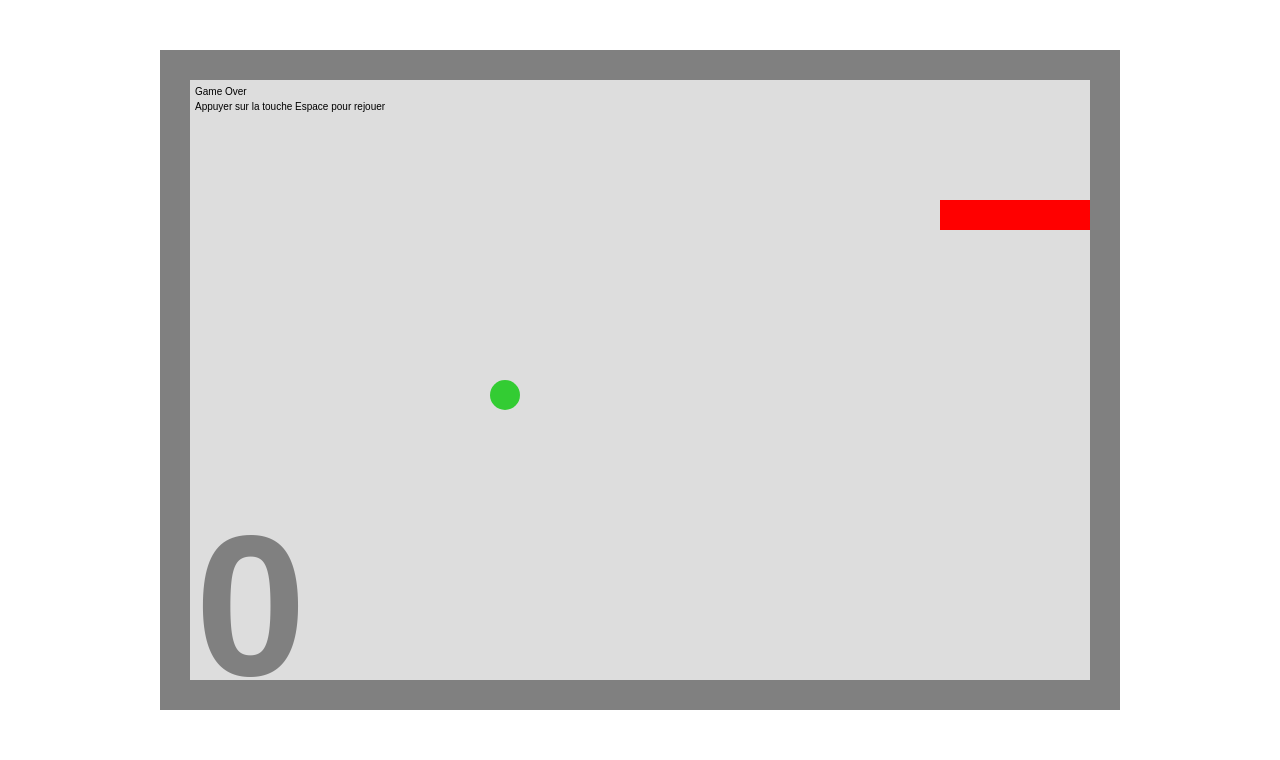
Repository: 0Memo/serpent
Page: index.html
An editor plug-in stored every save of this project. The page is shown before and after the next save, followed by the edit.
The browser window is 1280 px wide. The pictures show the whole page.

Above is the page before, as saved 2020-12-16 22:12:54.

### index.html
<!DOCTYPE html>
<html lang="es">
    <head>
        <meta charset="UTF-8">
        <meta name="viewport" content="width=device-width, initial-scale=1.0">
        <title>Juego de la serpiente></title>
    </head>
    <body>

        <script src="js/script.js"></script>
    </body>
</html>

### js/script.js
window.onload = function(){
    var canvasWidth = 900;
    var canvasHeight = 600;
    var blockSize = 30;
    var ctx;
    var delay = 100;
    var snakey;
    var appley;
    var widthInBlocks = canvasWidth / blockSize;
    var heightInBlocks = canvasHeight / blockSize;
    var score;

    init();

    function init(){
        var canvas = document.createElement('canvas');
        canvas.width = canvasWidth;
        canvas.height = canvasHeight;
        canvas.style.border = "30px solid gray";
        canvas.style.margin = "50px auto";
        canvas.style.display = "block";
        canvas.style.backgroundColor = "#ddd";
        document.body.appendChild(canvas);
        ctx = canvas.getContext('2d');
        snakey = new snake([[6,4], [5,4], [4,4], [3,4], [2, 4]], "right");
        appley = new apple([10, 10]);
        score = 0;
        refreshCanvas();

    }

    function refreshCanvas(){
        snakey.advance();
        if(snakey.checkCollision())
        {
            gameOver();
        } else {
            if(snakey.isEatingApple(appley))
            {
                score++;
                snakey.ateApple = true;
                do
                {
                    appley.setNewPosition();
                }
                while(appley.isOnSnake(snakey));
            }
            ctx.clearRect(0, 0, canvasWidth, canvasHeight);
            snakey.draw();
            appley.draw();
            drawScore();
            setTimeout(refreshCanvas,delay);
        }

    }

    function gameOver()
    {
        ctx.save();
        ctx.fillText("Game Over", 5, 15);
        ctx.fillText("Appuyer sur la touche Espace pour rejouer", 5, 30);
        ctx.restore();
    }

    function restart()
    {
        snakey = new snake([[6,4], [5,4], [4,4], [3,4], [2, 4]], "right");
        appley = new apple([10, 10]);
        score = 0;
        refreshCanvas();
    }

    function drawScore()
    {
        ctx.save();
        ctx.font = "bold 200px sans-serif";
        ctx.fillStyle = "gray";
        ctx.fillText(score.toString(), 5, canvasHeight -5);
        ctx.restore();
    }

    function drawBlock(ctx, position){
        var x = position[0] * blockSize;
        var y = position[1] * blockSize;
        ctx.fillRect(x, y, blockSize, blockSize);
    }

    function snake(body, direction) {
        this.body = body;
        this.direction = direction;
        this.ateApple = false;
        this.draw = function(){
            ctx.save();
            ctx.fillStyle = "#ff0000";
            for(var i = 0; i < this.body.length; i++){
                drawBlock(ctx, this.body[i]);
            }
            ctx.restore();
        };
        this.advance = function(){
            var nextPosition = this.body[0].slice();
            switch(this.direction){
                case "left":
                    nextPosition[0] -=1;
                    break;
                case "right":
                    nextPosition[0] +=1;
                    break;
                case "down":
                    nextPosition[1] +=1;
                    break;
                case "up":
                    nextPosition[1] -=1;
                    break;
                default:
                    throw("Invalid Direction");
            }
            this.body.unshift(nextPosition);
            if(!this.ateApple)
            {
                this.body.pop();
            } else {
                this.ateApple = false;
            }
        };
        this.setDirection = function(newDirection)
        {
            var allowedDirections;
            switch(this.direction){
                case "left":
                case "right":
                    allowedDirections = ["up", "down"];
                    break;
                case "down":
                case "up":
                    allowedDirections = ["left", "right"];
                    break;
                default:
                    throw("Invalid Direction");
            }
            if(allowedDirections.indexOf(newDirection) > -1){
                this.direction = newDirection;
            };
        };
        this.checkCollision = function()
        {
            var wallCollision = false;
            var snakeCollision = false;
            var head = this.body[0];
            var rest = this.body.slice(1);
            var snakeX = head[0];
            var snakeY = head[1];
            var minX = 0;
            var minY = 0;
            var maxX = widthInBlocks  - 1;
            var maxY = heightInBlocks - 1;
            var isNotBetweenHorizontalWalls = snakeX < minX || snakeX > maxX;
            var isNotBetweenVerticalWalls = snakeY < minY || snakeY > maxY;

            if(isNotBetweenHorizontalWalls || isNotBetweenVerticalWalls)
            {
                wallCollision = true;
            }

            for(var i = 0; i < rest.length; i++){
                if(snakeX === rest[i][0] && snakeY === rest[i][1]){
                    snakeCollision = true;
                }
            }
            return wallCollision || snakeCollision;
        };
        this.isEatingApple = function(appleToEat)
        {
            var head = this.body[0];
            if(head[0] === appleToEat.position[0] && head[1] === appleToEat.position[1])
            {
                return true;
            } else {
                return false;
            }
        };
    }

    function apple(position)
    {
        this.position = position;
        this.draw = function(){
            ctx.save();
            ctx.fillStyle = "#33cc33";
            ctx.beginPath();
            var radius = blockSize / 2;
            var x = this.position[0] * blockSize + radius;
            var y = this.position[1] * blockSize + radius;
            ctx.arc(x,y, radius, 0, Math.PI*2, true);
            ctx.fill();
            ctx.restore();
        };
        this.setNewPosition = function()
        {
            var newX = Math.round(Math.random() * (widthInBlocks - 1));
            var newY = Math.round(Math.random() * (heightInBlocks - 1));
            this.position = [newX, newY];
        };

        this.isOnSnake = function(snakeToCheck)
        {
            var isOnSnake = false;
            for(i = 0; i < snakeToCheck.body.length; i++)
            {
                if(this.position[0] === snakeToCheck.body[i][0] && this.position[1] === snakeToCheck.body[i][1])
                {
                    isOnSnake = true;
                }
            }
            return isOnSnake;
        }
    };

    document.onkeydown = function handleKeyDown(e){
    var key = e.keyCode;
    var newDirection;
    switch(key){
        case 37:
            newDirection = "left";
            break;
        case 38:
            newDirection = "up";
            break;
        case 39:
            newDirection = "right";
            break;
        case 40:
            newDirection = "down";
            break;
        case 32:
            restart();
            return;
        default:
            return;
    };
    snakey.setDirection(newDirection);
};
}

After the next save:
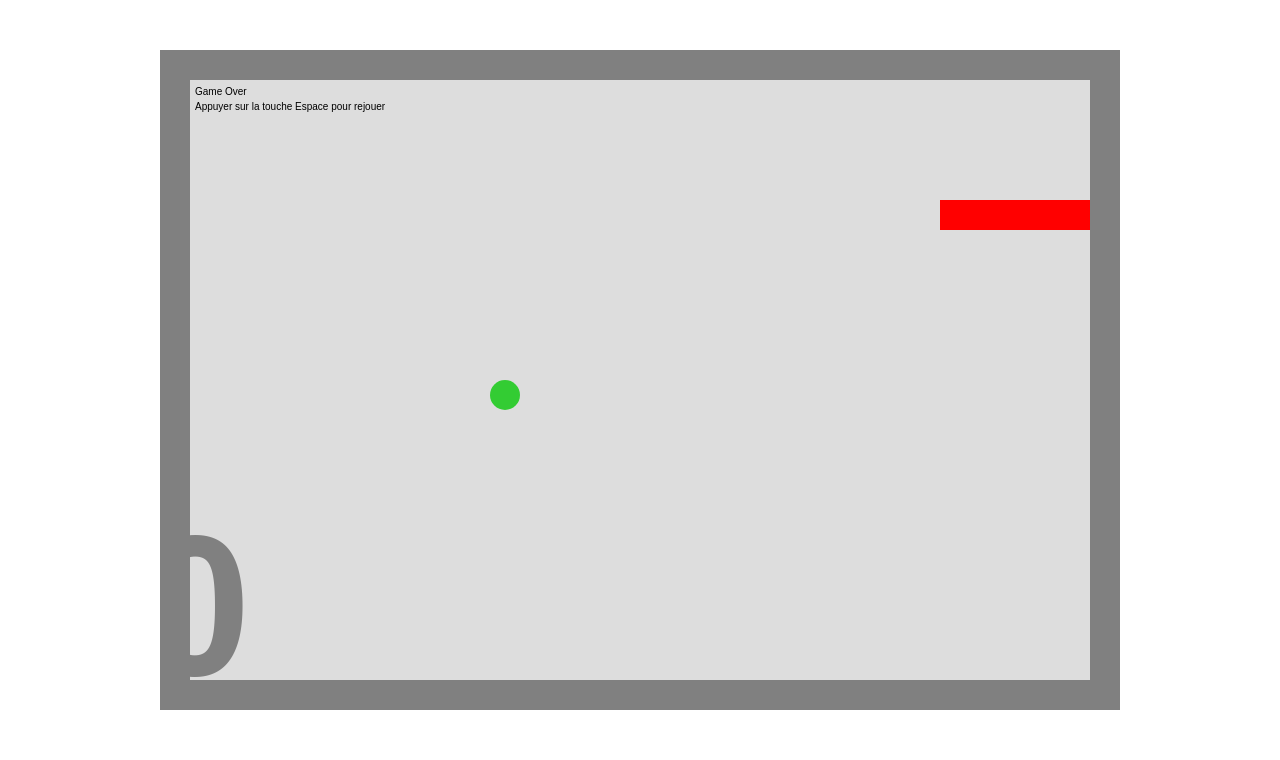
Saved 25 s later.
--- a/js/script.js
+++ b/js/script.js
@@ -75,6 +75,7 @@ window.onload = function(){
         ctx.save();
         ctx.font = "bold 200px sans-serif";
         ctx.fillStyle = "gray";
+        ctx.textAlign = "center";
         ctx.fillText(score.toString(), 5, canvasHeight -5);
         ctx.restore();
     }
